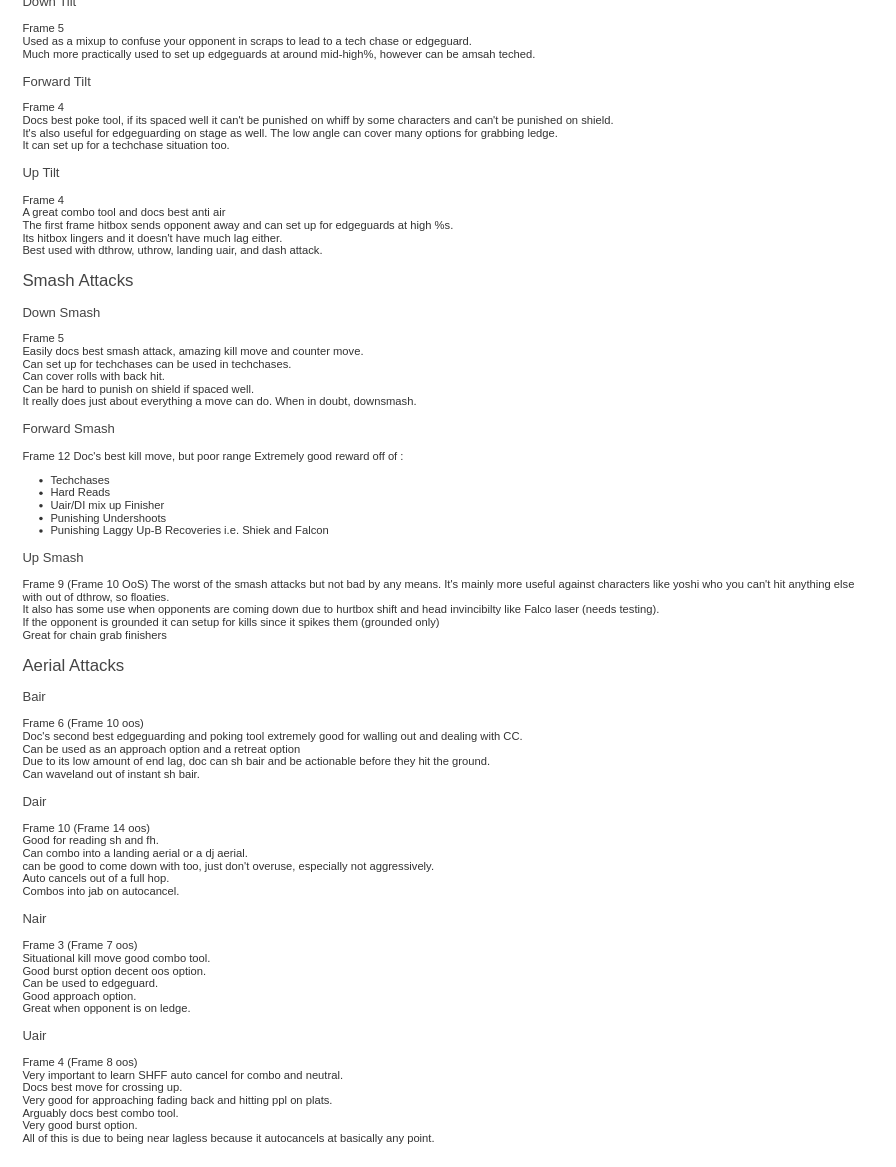
Repository: MatthewBakley/Doc-Document
Page: / (app in melee-doc-web/)
An editor plug-in stored every save of this project. The page is shown before and after the next save, followed by the edit.
The browser window is 1280 px wide. The pictures show the part of the page from y = 863 to 2783 px (the page is 2530 px tall before and 2783 px after), at 70% of full size.
The project was rebuilt for these pictures with package versions that can differ from the ones it lists, and the page was loaded fresh each time. Also part of the build but not shown: melee-doc-web/angular.json.

Above is the page before, as saved 2022-10-23 18:23:12.

### melee-doc-web/src/index.html
<!doctype html>
<html lang="en">
<head>
  <meta charset="utf-8">
  <title>MeleeDocWeb</title>
  <base href="/">
  <meta name="viewport" content="width=device-width, initial-scale=1">
  <link rel="icon" type="image/x-icon" href="favicon.ico">
</head>
<body>
  <app-root></app-root>
</body>
</html>

### melee-doc-web/src/app/app.component.ts
import { Component } from '@angular/core';

@Component({
  selector: 'app-root',
  templateUrl: './app.component.html',
  styleUrls: ['./app.component.css']
})
export class AppComponent {
  title = 'Melee Dr. Mario';
}

### melee-doc-web/src/app/app.component.html
<h1> {{title}}</h1>

<h1>Moveset</h1>
<p><a href="https://meleeframedata.com/dr._mario">Doc Moveset Frame Data</a><br>
  This guide will talk more in terms of application.
</p>


<h2>Jabs</h2>

<h3>Jab 1</h3>
<p>
  Frame 2<br>
  One of Docs most useful neutral mixup tools,
  it can set up for things like downsmash and grab. <br>
  Great for interrupting opponents movement and beating longer startup moves.<br>
  Ends frame 15 making it a great option to call out floaty landings as well. <br>
</p>
<h3>Jab 2</h3>
<p>
  Frame 2<br>
  Not often utilized and for good reason, its basically just jab 1 but you have to do jab 1 to set
  it up, which means that it can be used as an additional mixup out of Jab 1, but not much else.
</p>
<h3>Jab 3</h3>
<p>
  Frame 4<br>
  The same as jab 2 except has some knockback to it so it can be a get off me tool at times and
  it can work on shield some what well, also has one of the lowest reaches of any of his moves
  at ledge.
</p>

<h3>Dash Attack</h3>
<p>
  Frame 6<br>
  Situational combo tool<br>
  Decent burst option<br>
  Sends opponents straight up<br>
  Can cause doc to “low profile” certain moves.<br>
  Leads to a techchase, especially on fast fallers.
</p>

<h2>Tilts</h2>

<h3>Down Tilt</h3>
<p>
  Frame 5<br>
  Used as a mixup to confuse your opponent in scraps to lead to a tech chase or edgeguard.<br>
  Much more practically used to set up edgeguards at around mid-high%, however can be amsah teched.
</p>
<h3>Forward Tilt</h3>
<p>Frame 4<br>
  Docs best poke tool, if its spaced well it can't be punished on whiff
  by some characters and can't be punished on shield.<br>
  It's also useful for edgeguarding on stage as well.
  The low angle can cover many options for grabbing ledge.<br>
  It can set up for a techchase situation too.
  </p>
<h3>Up Tilt</h3>
<p>
  Frame 4<br>
  A great combo tool and docs best anti air<br>
  The first frame hitbox sends opponent away and can set up for edgeguards at high %s.<br>
  Its hitbox lingers and it doesn't have much lag either.<br>
  Best used with dthrow, uthrow, landing uair, and dash attack.
</p>

<h2>Smash Attacks</h2>

<h3>Down Smash</h3>
<p>
  Frame 5<br>
  Easily docs best smash attack, amazing kill move and counter move.<br>
  Can set up for techchases can be used in techchases.<br>
  Can cover rolls with back hit.<br>
  Can be hard to punish on shield if spaced well.<br>
  It really does just about everything a move can do. When in doubt, downsmash.
</p>
<h3>Forward Smash</h3>
<p>
  Frame 12
  Doc's best kill move, but poor range
  Extremely good reward off of :
  </p>
  <ul>
    <li>Techchases</li>
    <li>Hard Reads</li>
    <li>Uair/DI mix up Finisher</li>
    <li>Punishing Undershoots</li>
    <li>Punishing Laggy Up-B Recoveries i.e. Shiek and Falcon</li>
  </ul>
<h3>Up Smash</h3>
<p>
  Frame 9 (Frame 10 OoS)
  The worst of the smash attacks but not bad by any means. It's mainly more useful against
  characters like yoshi who you can't hit anything else with out of dthrow, so floaties.<br>
  It also has some use when opponents are coming down due to hurtbox shift and head invincibilty
  like Falco laser (needs testing).<br>
  If the opponent is grounded it can setup for kills since it spikes them (grounded only)<br>
  Great for chain grab finishers
</p>

<h2>Aerial Attacks</h2>
<h3>Bair</h3>
<p>
  Frame 6 (Frame 10 oos)<br>
  Doc's second best edgeguarding and poking tool extremely good for walling out
  and dealing with CC.<br>
  Can be used as an approach option and a retreat option<br>
  Due to its low amount of end lag, doc can sh bair
  and be actionable before they hit the ground.<br>
  Can waveland out of instant sh bair.
  </p>
<h3>Dair</h3>
<p>
  Frame 10 (Frame 14 oos)<br>
  Good for reading sh and fh.<br>
  Can combo into a landing aerial or a dj aerial.<br>
  can be good to come down with too, just don't overuse, especially not aggressively.<br>
  Auto cancels out of a full hop.<br>
  Combos into jab on autocancel.
</p>
<h3>Nair</h3>
<p>
  Frame 3 (Frame 7 oos)<br>
  Situational kill move good combo tool.<br>
  Good burst option decent oos option.<br>
  Can be used to edgeguard.<br>
  Good approach option.<br>
  Great when opponent is on ledge.
</p>
<h3>Uair</h3>
<p>Frame 4 (Frame 8 oos)<br>
  Very important to learn SHFF auto cancel for combo and neutral.<br>
  Docs best move for crossing up.<br>
  Very good for approaching fading back and hitting ppl on plats.<br>
  Arguably docs best combo tool.<br>
  Very good burst option.<br>
  All of this is due to being near lagless because it autocancels at basically any point.<br>
 </p>

Loaded but not shown: melee-doc-web/src/styles.css (common file); melee-doc-web/src/main.ts (common file); melee-doc-web/src/app/app.module.ts (common file); melee-doc-web/src/environments/environment.ts (common file); melee-doc-web/src/app/app.component.css (no stored copy; drawn as an empty file)

After the next save:
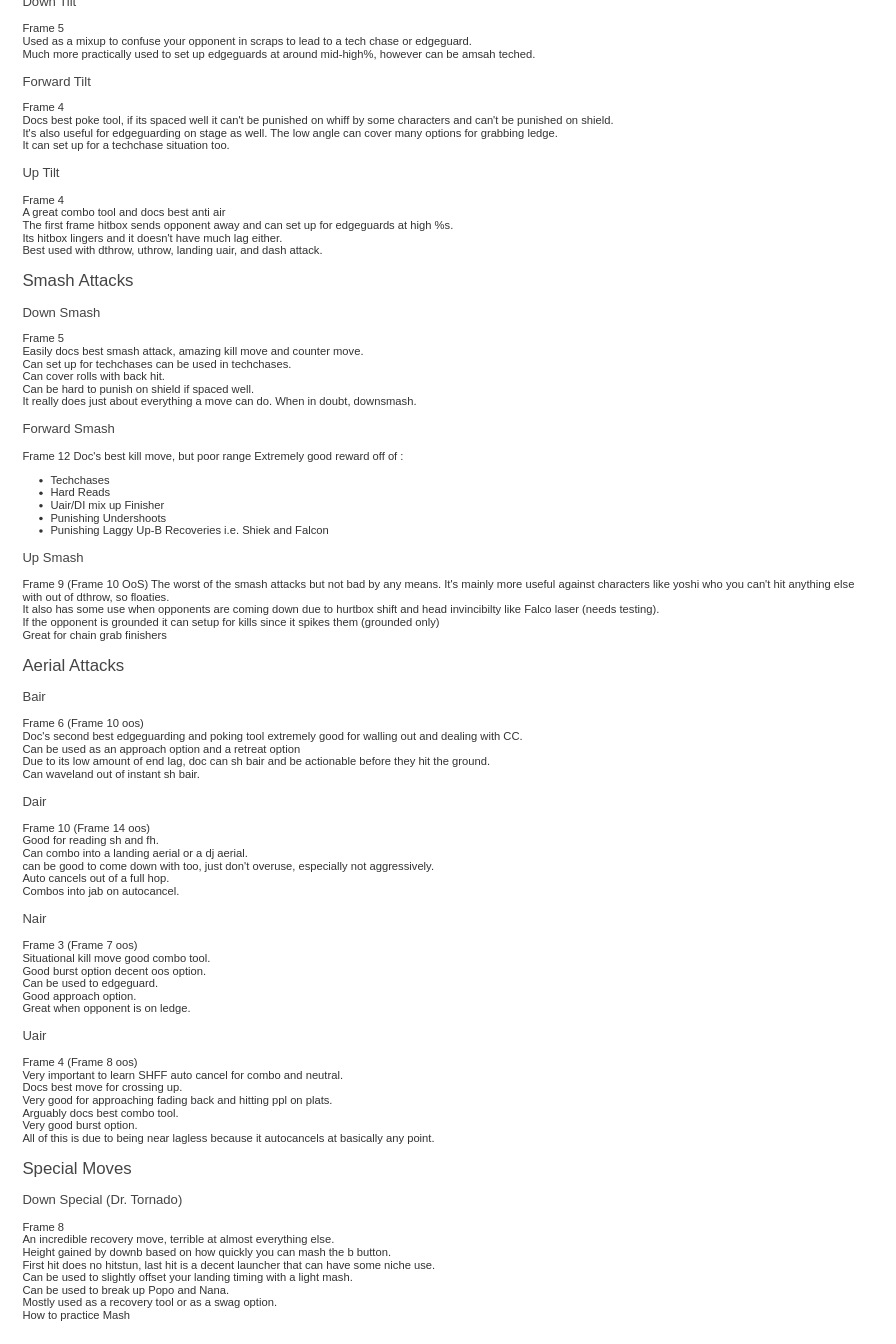
Saved 5 days later.
--- a/melee-doc-web/src/app/app.component.html
+++ b/melee-doc-web/src/app/app.component.html
@@ -138,3 +138,16 @@
   Very good burst option.<br>
   All of this is due to being near lagless because it autocancels at basically any point.<br>
  </p>
+
+<h2>Special Moves</h2>
+<h3>Down Special (Dr. Tornado)</h3>
+<p>
+  Frame 8<br>
+  An incredible recovery move, terrible at almost everything else.<br>
+  Height gained by downb based on how quickly you can mash the b button.<br>
+  First hit does no hitstun, last hit is a decent launcher that can have some niche use.<br>
+  Can be used to slightly offset your landing timing with a light mash.<br>
+  Can be used to break up Popo and Nana.<br>
+  Mostly used as a recovery tool or as a swag option.<br>
+  How to practice Mash<br>
+</p>
